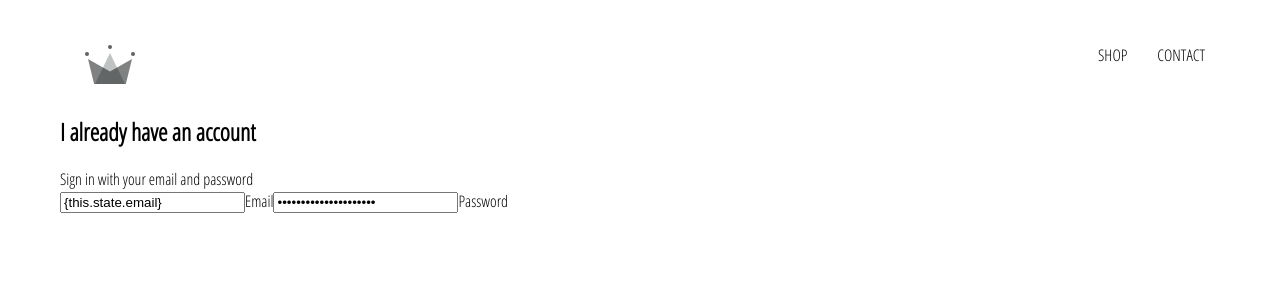
Repository: tommilaurila/crwn-clothing
Page: /signin
An editor plug-in stored every save of this project. The page is shown before and after the next save, followed by the edit.
The browser window is 1280 px wide. The pictures show the whole page.
The project was rebuilt for these pictures with package versions that can differ from the ones it lists, and the page was loaded fresh each time. Also part of the build but not shown: src/pages/shop/shop.data.js, src/components/collection-item/collection-item.styles.scss, src/components/collection-item/collection-item.component.jsx, src/components/collection-preview/collection-preview.styles.scss, src/components/collection-preview/collection-preview.component.jsx, src/pages/shop/shop.component.jsx, src/components/sign-in/sign-in.styles.scss, src/pages/sign-in-and-sign-up/sign-in-and-sign-up.styles.scss. Imported but missing from the stored project, and not drawn on this page: src/pages/homepage/homepage.component.

Above is the page before, as saved 2019-12-04 22:23:33.

After the next save:
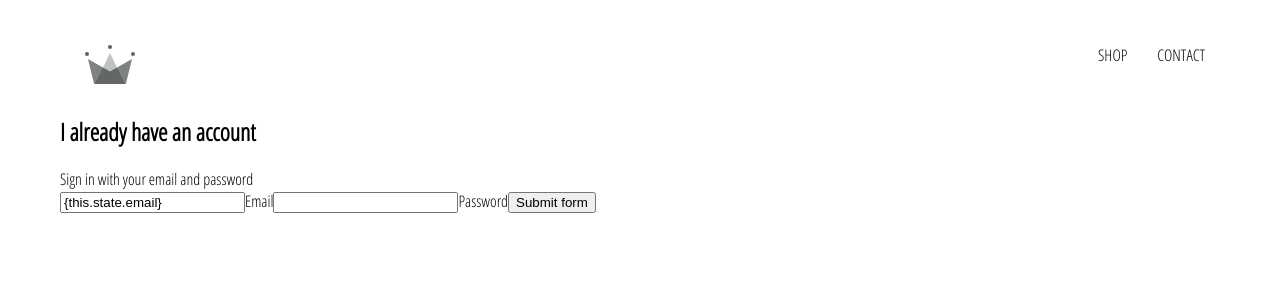
Saved 61 s later.
--- a/src/components/sign-in/sign-in.component.jsx
+++ b/src/components/sign-in/sign-in.component.jsx
@@ -37,13 +37,13 @@ class SignIn extends React.Component{
                     <input
                         name="password"
                         type="password"
-                        value="{this.state.password}"
+                        value={this.state.password}
                         onChange={this.handleChange}
                         required
                     />
                     <label>Password</label>
 
-                    <imput type="submit" value="Submit form" />
+                    <input type="submit" value="Submit form" />
                 </form>
             </div>
         )
